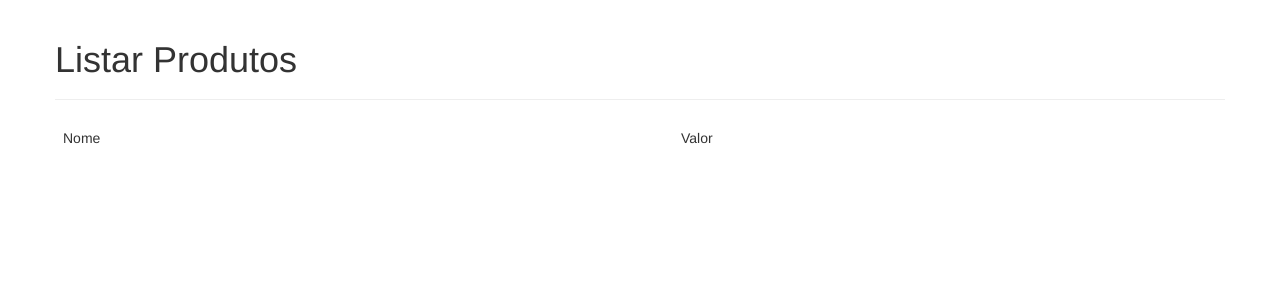
Repository: JulioCesarSF/Youtube
Page: http://localhost/JavaWeb/Produto?acao=listar
An editor plug-in stored every save of this project. The page is shown before and after the next save, followed by the edit.
The browser window is 1280 px wide. The pictures show the whole page.
The page is served by Tomcat 9. Other server files are loaded and not shown. Queries for data that is not in the repository find no rows.

Above is the page before, as saved 2016-10-23 20:24:32.

### JavaWeb/JavaWeb/WebContent/listar.jsp
<%@ page language="java" contentType="text/html; charset=ISO-8859-1"
    pageEncoding="ISO-8859-1"%>
<%@ taglib prefix="c" uri="http://java.sun.com/jsp/jstl/core" %>
<!DOCTYPE html PUBLIC "-//W3C//DTD HTML 4.01 Transitional//EN" "http://www.w3.org/TR/html4/loose.dtd">
<html>
<head>
<meta http-equiv="Content-Type" content="text/html; charset=ISO-8859-1">
<title>Listar Produtos</title>
<link rel="stylesheet" type="text/css" href="css/bootstrap.min.css">
</head>
<body>

	<div class="container">

		<div class="row">
			<div class="page-header"><h1>Listar Produtos</h1></div>
		</div>

		<div class="row">
			<table class="table">
				<thead>
					<tr>
						<td>Nome</td>
						<td>Valor</td>
					</tr>
				</thead>

				<tbody>
					<c:forEach var="item" items="${lista }">
						<tr>
							<td>${item.nome}</td>
							<td>${item.valor}</td>
						</tr>
					</c:forEach>
				</tbody>
			</table>
		</div>

	</div>


</body>
</html>

### JavaWeb/JavaWeb/src/br/com/julio/Servlet/ProdutoServlet.java
package br.com.julio.Servlet;

import java.io.IOException;
import java.sql.Connection;
import java.util.List;

import javax.servlet.ServletException;
import javax.servlet.annotation.WebServlet;
import javax.servlet.http.HttpServlet;
import javax.servlet.http.HttpServletRequest;
import javax.servlet.http.HttpServletResponse;

import br.com.julio.BO.ProdutoBO;
import br.com.julio.Conexao.ConexaoFactory;
import br.com.julio.beans.Produto;

//Servlet é o controller no caso
//Ele quem vai fazer a comunicação entre o JSP e o Back-end
//Ele herda a HttpServlet

//Deve-ser configurar o caminho do servlet, pode-se fazer pelo web.xml ou pela anotação

@WebServlet("/Produto")
@SuppressWarnings("serial")
public class ProdutoServlet extends HttpServlet {

	// doPost para cadastrar
	// página de cadastro é cadastro.jsp
	// doPost vem do formulário
	// da forma como está agora apenas conseguimos processar o cadastrar de um
	// produto
	// vamos alterar o formulario com um campo hidden (name/value) e adicionar
	// um switch
	// faremos também o "refactoring de métodos"
	@Override
	protected void doPost(HttpServletRequest req, HttpServletResponse resp) throws ServletException, IOException {

		// a acao "cadastrar" virá aqui
		String acao = req.getParameter("acao");

		// vamos aproveitar e refatorar para métodos

		switch (acao) {
		case "cadastrar":
			// toda a lógica para cadastrar
			// com a refatoração o código fica mais legivel e organizado
			cadastrarProduto(req, resp, pegarProduto(req));
			break;

		default:
			break;
		}

	}// já adicionaremos mais coisas para passar ao JSP, como uma msg de sucesso

	// doGet para listar
	// página para listar é listar.jsp
	// só lembrar, doGet vem de/pela URL
	@Override
	protected void doGet(HttpServletRequest req, HttpServletResponse resp) throws ServletException, IOException {

		//faremos a mesma refatoração para o doGet
		//lembrando que o parametro no doGet vem pela URL
		String acao = req.getParameter("acao");

		switch (acao) {
		case "listar":
			//lógica para listar
			listarProdutos(req, resp);
			break;

		default:
			break;
		}

	}

	/**
	 * Método para listar todos os produtos
	 * @param req
	 * @param resp
	 * @throws ServletException
	 * @throws IOException
	 */
	private void listarProdutos(HttpServletRequest req, HttpServletResponse resp) throws ServletException, IOException {
		// lista
		List<Produto> lista = null;

		Connection con = null;

		try {
			con = ConexaoFactory.getInst().getConnection("youtube", "1234");

			// recuperados a lista do banco
			lista = ProdutoBO.listar(con);

			// passamos a lista como atributo para o jsp
			req.setAttribute("lista", lista);

		} catch (Exception e) {
			e.printStackTrace();
		} finally {
			try {
				if (con != null) {
					con.close();
				}
			} catch (Exception e2) {
				e2.printStackTrace();
			}
			req.getRequestDispatcher("listar.jsp").forward(req, resp);
		}
	}

	/**
	 * Método para cadastrar Produto
	 *
	 * @param req
	 * @param resp
	 * @param produto
	 * @throws ServletException
	 * @throws IOException
	 */
	private void cadastrarProduto(HttpServletRequest req, HttpServletResponse resp, Produto produto)
			throws ServletException, IOException {
		// Objeto Connection
		Connection con = null;

		try {
			// Abrir a conexão
			con = ConexaoFactory.getInst().getConnection("youtube", "1234");
			// Chamar o BO para validar a regra de negócio e efetuar
			// operação no banco chamando DAO
			ProdutoBO.cadastrar(produto, con);

			// adicionar uma mensagem de sucesso
			// vou usar bootstrap no jsp
			req.setAttribute("tipoMensagem", "alert alert-success");
			req.setAttribute("mensagem", "Cadastro realizado com sucesso!");

		} catch (Exception e) {
			// modificar de local para retornar a mensagem
			req.setAttribute("tipoMensagem", "alert alert-danger");
			req.setAttribute("mensagem", "Cadastro NÃO realizado!");
			req.setAttribute("erro", e.getMessage());
			e.printStackTrace();
		} finally {
			// como abrimos uma conexão a mesma deve ser fechada
			try {
				if (con != null) {
					con.close();
				}
			} catch (Exception e2) {
				e2.printStackTrace();

			}
			// efetuado o cadastro ou não mandamos para a tela cadastrar.jsp
			req.getRequestDispatcher("cadastrar.jsp").forward(req, resp);
		}
	}

	/**
	 * Método que retorna um Produto
	 *
	 * @param req
	 * @return
	 */
	private Produto pegarProduto(HttpServletRequest req) {
		// Esses parametros são o names no formulário na página JSP
		// Já faremos o formulário
		String nome = req.getParameter("nome");
		String valor = req.getParameter("valor");

		//vamos verificar o valor
		if(valor.isEmpty()){
			valor = "0";
		}

		// Objeto Produto para cadastrar (deve ter um construtor adquado,
		// vamos modificar)
		Produto produto = new Produto(nome, Double.parseDouble(valor));
		return produto;
	}
}

### JavaWeb/JavaWeb/src/br/com/julio/Conexao/ConexaoFactory.java
package br.com.julio.Conexao;

import java.sql.Connection;
import java.sql.DriverManager;

public final class ConexaoFactory {

	private static ConexaoFactory conexao = null;

	public ConexaoFactory(){}

	public static ConexaoFactory getInst(){
		if(conexao == null){
			conexao = new ConexaoFactory();
		}
		return conexao;
	}

	public Connection getConnection(String usuario, String senha) throws Exception{
		//endereço para o seu servidor
		String url = "jdbc:oracle:thin:@localhost:1521/xe";

		//configurar o driver para o seu banco de dados
		Class.forName("oracle.jdbc.driver.OracleDriver");

		return DriverManager.getConnection(url, usuario, senha);
	}

}

### JavaWeb/JavaWeb/src/br/com/julio/BO/ProdutoBO.java
package br.com.julio.BO;

import java.sql.Connection;
import java.util.List;

import br.com.julio.DAO.ProdutoDAO;
import br.com.julio.beans.Produto;

//Na classe BO ficam as regras de negócio
//Os métodos devem seguir as regras (parametros) do DAO
public abstract class ProdutoBO {

	public static void cadastrar(Produto produto, Connection con) throws Exception{
		//regra de negócio
		if(produto.getNome().length() < 2){
			throw new Exception("Nome inválido");
		}
		if(produto.getValor() <= 0){
			throw new Exception("Valor inválido");
		}
		//Chamar o DAO correspondente para efetuar a operação no banco
		new ProdutoDAO().adicionar(produto, con);
	}

	public static List<Produto> listar(Connection con) throws Exception{
		return new ProdutoDAO().listar(con);
	}

}

### JavaWeb/JavaWeb/src/br/com/julio/DAO/IProduto.java
package br.com.julio.DAO;

import java.sql.Connection;
import java.util.List;

import br.com.julio.beans.Produto;

//interface assim posso implementar em outros daos depois
public interface IProduto {
	public void adicionar(Produto produto, Connection con) throws Exception;
	public List<Produto> listar(Connection con) throws Exception;
}

### JavaWeb/JavaWeb/src/br/com/julio/DAO/ProdutoDAO.java
package br.com.julio.DAO;

import java.sql.Connection;
import java.sql.PreparedStatement;
import java.sql.ResultSet;
import java.util.ArrayList;
import java.util.List;

import br.com.julio.beans.Produto;

//No DAO ficam as operações de com o banco de dados
public class ProdutoDAO implements IProduto {

	/**
	 * Método para cadastrar um produto
	 */
	@Override
	public void adicionar(Produto produto, Connection con) throws Exception {
		//tinha um erro no sql
		String sql = "INSERT INTO T_PRODUTO (CD_CODIGO, NM_PRODUTO, VL_VALOR)"
				+ " VALUES(SQ_PRODUTO.NEXTVAL, ?, ?)";

		PreparedStatement pStmt = con.prepareStatement(sql);
		pStmt.setString(1, produto.getNome());
		pStmt.setDouble(2, produto.getValor());
		pStmt.execute();
		pStmt.close();
	}

	/**
	 * Método para consultar todos os produto cadastrados.
	 */
	@Override
	public List<Produto> listar(Connection con) throws Exception {
		//Lista com todos os produtos retornados do banco
		List<Produto> lista = new ArrayList<>();

		//SQL
		String sql = "SELECT CD_CODIGO, NM_PRODUTO, VL_VALOR FROM T_PRODUTO ORDER BY VL_VALOR ASC";

		PreparedStatement pStmt = con.prepareStatement(sql);
		//ResultSet para pegar o resultado da consulta
		ResultSet rS = pStmt.executeQuery();

		//Adicionar os resultado na lista

		while(rS.next()){
			lista.add(new Produto(
					rS.getInt("CD_CODIGO"),
					rS.getString("NM_PRODUTO"),
					rS.getDouble("VL_VALOR")));
		}

		rS.close();
		pStmt.close();

		return lista;
	}

}

Loaded but not shown: JavaWeb/JavaWeb/WebContent/css/bootstrap.min.css (library)

After the next save:
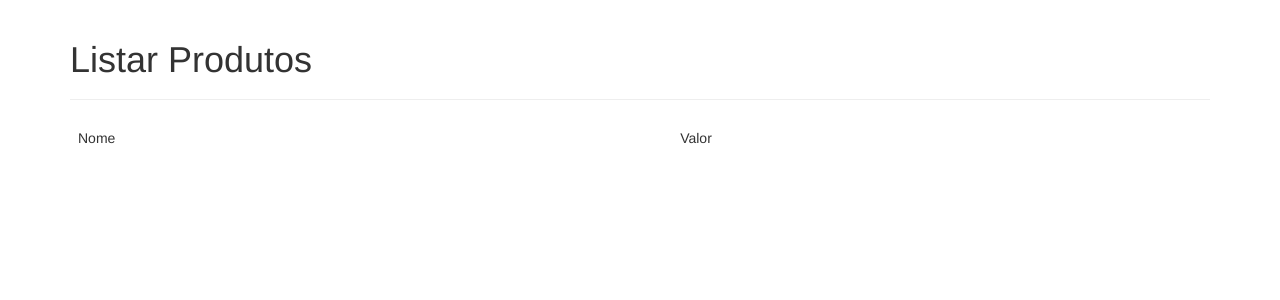
Saved 46 s later.
--- a/JavaWeb/JavaWeb/WebContent/listar.jsp
+++ b/JavaWeb/JavaWeb/WebContent/listar.jsp
@@ -1,6 +1,6 @@
 <%@ page language="java" contentType="text/html; charset=ISO-8859-1"
-    pageEncoding="ISO-8859-1"%>
-<%@ taglib prefix="c" uri="http://java.sun.com/jsp/jstl/core" %>
+	pageEncoding="ISO-8859-1"%>
+<%@ taglib prefix="c" uri="http://java.sun.com/jsp/jstl/core"%>
 <!DOCTYPE html PUBLIC "-//W3C//DTD HTML 4.01 Transitional//EN" "http://www.w3.org/TR/html4/loose.dtd">
 <html>
 <head>
@@ -13,27 +13,33 @@
 	<div class="container">
 
 		<div class="row">
-			<div class="page-header"><h1>Listar Produtos</h1></div>
+			<div class="col-md-12">
+				<div class="page-header">
+					<h1>Listar Produtos</h1>
+				</div>
+			</div>
 		</div>
 
 		<div class="row">
-			<table class="table">
-				<thead>
-					<tr>
-						<td>Nome</td>
-						<td>Valor</td>
-					</tr>
-				</thead>
+			<div class="col-md-12">
+				<table class="table">
+					<thead>
+						<tr>
+							<td>Nome</td>
+							<td>Valor</td>
+						</tr>
+					</thead>
 
-				<tbody>
-					<c:forEach var="item" items="${lista }">
-						<tr>
-							<td>${item.nome}</td>
-							<td>${item.valor}</td>
-						</tr>
-					</c:forEach>
-				</tbody>
-			</table>
+					<tbody>
+						<c:forEach var="item" items="${lista }">
+							<tr>
+								<td>${item.nome}</td>
+								<td>${item.valor}</td>
+							</tr>
+						</c:forEach>
+					</tbody>
+				</table>
+			</div>
 		</div>
 
 	</div>
